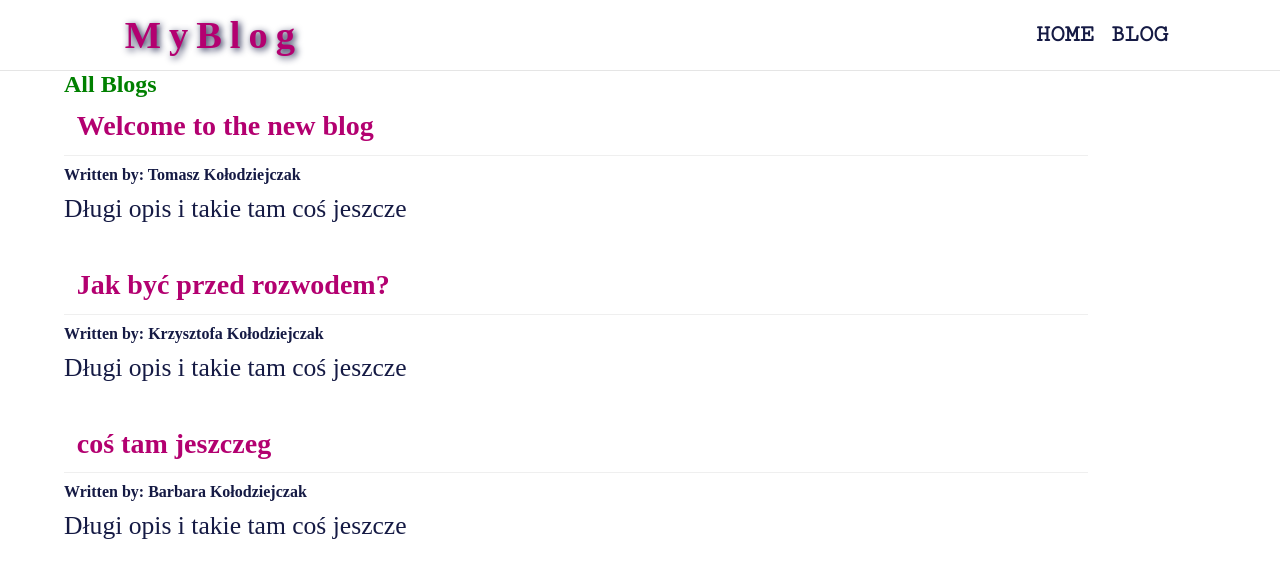
Repository: KrzysKolo/myBlog
Page: /
These files come from the project's save history. The page is drawn as it stood at one moment and after the next save; the edit follows.
The browser window is 1280 px wide. The pictures show the whole page.
Some web fonts or font styles are not loaded; a fallback is used. The project was rebuilt for these pictures with package versions that can differ from the ones it lists, and the page was loaded fresh each time. Requests to the local data server were answered from the project's data file. Also part of the build but not shown: src/pages/Blog/Blog.css, src/pages/Blog/Blog.js, src/pages/BlogNote/BlogNote.css, src/pages/BlogNote/BlogNote.js.

Above is the page before, as saved 2021-04-27 10:47:30.

### src/App.js
import React from 'react';
import { BrowserRouter as Router, Switch, Route } from 'react-router-dom';
import { Home, Blog, BlogNote } from './pages';
import { Header } from './components';

import './App.css';

const App = () => {
  return (
    <Router>
      <main className="App">
        <Header />
        <Switch>
          <Route path="/" exact component={Home} />
          <Route path="/blog" exact component={Blog} />
          <Route path="/note/:id" exact component={BlogNote} />
        </Switch>
      </main>
    </Router>
  )
}

export default App;

### src/pages/index.js
export { default as Home } from './Home/Home';
export { default as Blog } from './Blog/Blog';
export { default as BlogNote } from './BlogNote/BlogNote';

### src/components/index.js
export { default as Header } from './Header/Header';
export { default as Navigation } from './Navigation/Navigation';

### src/App.css
@import url("https://fonts.googleapis.com/css2?family=Barrio&family=Cutive+Mono&family=Meddon&family=Princess+Sofia&family=Snowburst+One&display=swap");
* {
  box-sizing: border-box;
  margin: 0;
  padding: 0;
}
.wrapper {
  width: 90vw;
  margin: 0 auto;
  display: flex;
  flex-direction: row;
  justify-content: space-between;
  align-items: center;
}

### src/pages/Home/Home.js
import React, {useState, useEffect} from 'react';
import BlogList from '../../components/BlogList/BlogList';
import './Home.css';

const Home = () => {
	const[blogs, setBlogs] = useState(null);

	const blog = 'http://localhost:4000/posts';

	useEffect(() => {
		fetch(blog)
		.then(res =>{
			return res.json()
		})
		.then(data => {
			console.log(data);
			setBlogs(data);
		})
	}, []);

	return (
      <main className="Home">
        <section className="wrapper">
     			{blogs && <BlogList blogs={blogs} title="All Blogs"  /> }
        </section>
      </main>
    )
}

export default Home

### src/components/Header/Header.js
import React from 'react';
import Navigation from '../Navigation/Navigation';
import './Header.css';

const Header = () => {
    return (
        <header >
          <section className="wrapper" >
            <Navigation />
          </section>
        </header>
    )
}

export default Header;

### src/components/Navigation/Navigation.js
import React from 'react';
import { Link } from 'react-router-dom';
import dataMenu from './dataMenu';

import './Navigation.css';

const Navigation = () => {
    const menu = dataMenu.map(item => <Link key={item.path} to={item.path} exact={item.exact ? item.exact : false} className="link">{item.name}</Link>)
    return (
        <nav>
        	<h1>MyBlog</h1>
          <ul>
            {menu}
          </ul>
        </nav>
    )
}

export default Navigation;

### src/components/BlogList/BlogList.js
import React from 'react';
import './BlogList.css';

const BlogList = ({ blogs, title}) => {
    const blogItem = blogs.map(blog => (
        <div className="blog-preview" key={blog.id}>
            <h3>{blog.title}</h3>
            <h4>Written by: {blog.author}</h4>
            <p>{blog.body}</p>

        </div>
    ));
    return (
        <div>
            <h2>{title}</h2>
            {blogItem}
        </div>
    )
}

export default BlogList;

### src/pages/Home/Home.css
.Home {
  color: green;
}

### src/components/Header/Header.css
header {
  border-bottom: 1px solid #e5e5e5;
}

### src/components/Navigation/dataMenu.js
const dataMenu=[
    { name: 'Home', path: "/", exact: true },
    { name: 'Blog', path: "/blog"},
/*     { name: 'NoteBlog', path: "/contact"},
    { name: 'Posts', path: "/posts" }, */
];
export default dataMenu;

### src/components/Navigation/Navigation.css
@import url("https://fonts.googleapis.com/css2?family=Barrio&family=Cutive+Mono&family=Meddon&family=Princess+Sofia&family=Snowburst+One&display=swap");

/* font-family: 'Barrio', cursive;
font-family: 'Cutive Mono', monospace;
font-family: 'Meddon', cursive;
font-family: 'Princess Sofia', cursive;
font-family: 'Snowburst One', cursive; */

nav {
  display: flex;
  flex-direction: row;
  justify-content: space-between;
  align-items: center;
  width: 100%;
}

nav h1 {
  color: #b30070;
  font-family: "Princess Sofia", cursive;
  font-size: 2.4rem;
  letter-spacing: 8px;
  margin-left: 3rem;
  padding: 0.8rem;
  text-shadow: 2px 2px 7px #151a44;
}

nav ul {
  font-family: "Cutive Mono", monospace;
  font-size: 1.5rem;
  text-transform: uppercase;
  margin-right: 3rem;
}
.link {
  font-weight: 600;
  margin-left: 1rem;
  text-decoration: none;
  color: #151a44;
  transition: all 0.3s ease-in-out;
}
.link:hover {
  color: #b30070;
}

### src/components/BlogList/BlogList.css
.blog-preview {
  /* border: 2px solid red; */
  border-radius: 20px;
  width: 80vw;
  margin-bottom: 2rem;
  font-family: "Princess Sofia", cursive;
  color: #151a44;
}
.blog-preview h3 {
  font-size: 1.75rem;
  color: #b30070;
  padding: 0.8rem;
  border-bottom: 1px solid #efefef;
}
.blog-preview h4 {
  font-family: "Times New Roman", Times, serif;
  padding: 10px 0;
}
.blog-preview p {
  font-size: 1.6rem;
}

### db.json
{
  "posts": [
    {
      "id": 1,
      "title": "Welcome to the new blog",
      "body": "Długi opis i takie tam coś jeszcze",
      "author": "Tomasz Kołodziejczak",
      "likes": 30
    },
    {
      "id": 2,
      "title": "Jak być przed rozwodem?",
      "body": "Długi opis i takie tam coś jeszcze",
      "author": "Krzysztofa Kołodziejczak",
      "likes": 30
    },
    {
      "id": 3,
      "title": "coś tam jeszczeg",
      "body": "Długi opis i takie tam coś jeszcze",
      "author": "Barbara Kołodziejczak",
      "likes": 5
    }
  ]
}

Loaded but not shown: public/index.html (common file); src/index.js (common file)

After the next save:
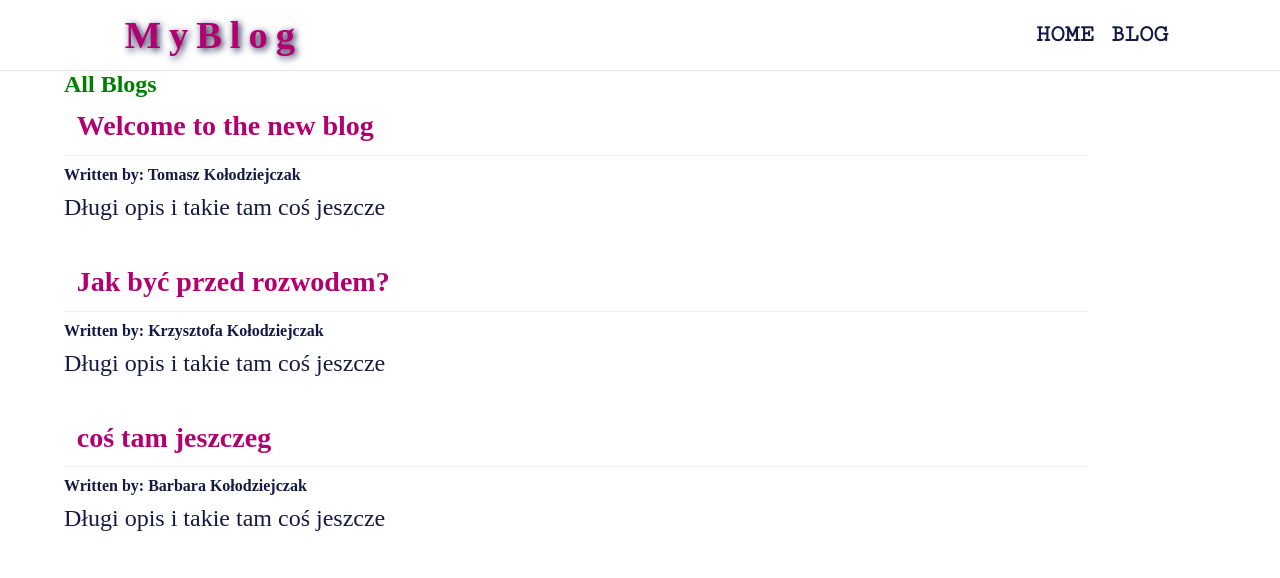
Saved 12 s later.
--- a/src/components/BlogList/BlogList.css
+++ b/src/components/BlogList/BlogList.css
@@ -17,5 +17,5 @@
   padding: 10px 0;
 }
 .blog-preview p {
-  font-size: 1.6rem;
+  font-size: 1.5rem;
 }
